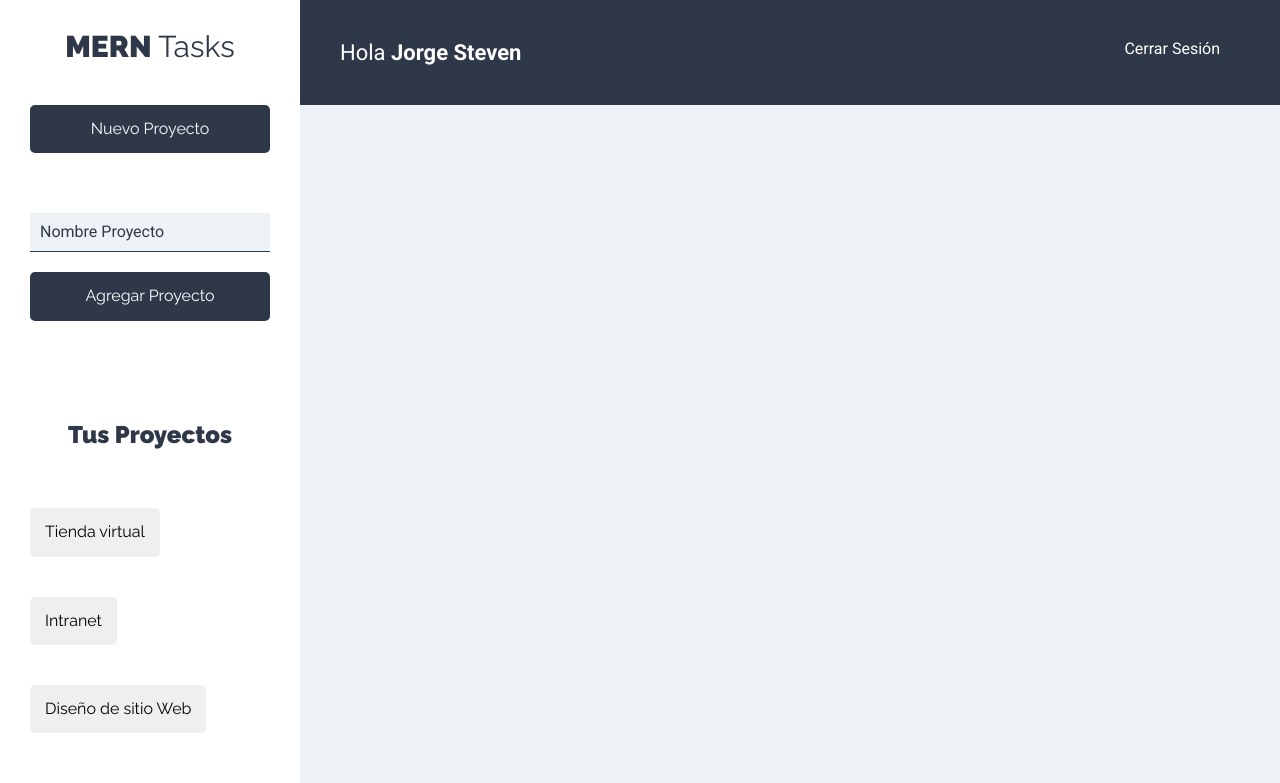
Repository: tive02/MERNTask-cliente
Page: /proyectos
These files come from the project's save history. The page is drawn as it stood at one moment and after the next save; the edit follows.
The browser window is 1280 px wide. The pictures show the whole page.
The project was rebuilt for these pictures with package versions that can differ from the ones it lists, and the page was loaded fresh each time. Also part of the build but not shown: src/components/auth/Login.js, src/components/auth/NuevaCuenta.js.

Above is the page before, as saved 2021-03-19 23:22:56.

### public/index.html
<!DOCTYPE html>
<html lang="en">
  <head>
    <meta charset="utf-8" />
    <link rel="icon" href="%PUBLIC_URL%/favicon.ico" />
    <meta name="viewport" content="width=device-width, initial-scale=1" />
    <meta name="theme-color" content="#000000" />
    <meta
      name="description"
      content="Web site created using create-react-app"
    />
    <link rel="apple-touch-icon" href="logo192.png" />

    <link rel="manifest" href="%PUBLIC_URL%/manifest.json" />
    <link
      rel="stylesheet"
      href="https://cdnjs.cloudflare.com/ajax/libs/normalize/8.0.1/normalize.min.css"
    />
    <link
      href="https://fonts.googleapis.com/css?family=Raleway:400,900|Roboto:300,400,700&display=swap"
      rel="stylesheet"
    />
    <title>MERNTasks</title>
  </head>
  <body>
    <noscript>You need to enable JavaScript to run this app.</noscript>
    <div id="root"></div>
  </body>
</html>

### src/index.css
:root {
  --blanco: #ffffff;
  --gris1: #edf2f6;
  --gris2: #2f3848;
  --gris3: #1a202d;
  --negro: #000000;
  --headingFont: "Raleway", sans-serif;
  --textFont: "Roboto", sans-serif;
}
*,
*:before,
*:after {
  box-sizing: inherit;
}
html {
  box-sizing: border-box;
  height: 100%;
  font-size: 62.5%;
}
body {
  min-height: 100%;
  background-color: var(--gris1);
  font-size: 16px;
  font-size: 1.6rem;
  font-family: var(--textFont);
}

h1,
h2 {
  font-family: var(--headingFont);
  font-weight: 900;
  margin: 0 0 4rem 0;
  text-align: center;
  color: var(--gris2);
}
h1 span {
  font-weight: 400;
}
h1 {
  font-size: 3rem;
}
h2 {
  font-size: 2.4rem;
}
ul {
  list-style: none;
  padding: 0;
  margin: 0;
}
a {
  text-decoration: none;
  color: var(--gris2);
}

/** BOTONES **/
.btn {
  margin-top: 2rem;
  font-family: var(--headingFont);
  padding: 1.5rem;
  font-size: 1.4;
  font-weight: 400;
  border-radius: 0.5rem;
  border: none;
  transition: background-color 0.3s ease;
}
.btn:hover {
  cursor: pointer;
}
.btn-primario {
  background-color: var(--gris2);
  color: var(--blanco);
}
.btn-primario:hover {
  background: var(--gris3);
}
.btn-secundario {
  background-color: var(--gris1);
}
.btn-block {
  display: block;
  width: 100%;
}
.btn-submit:hover {
  background-color: var(--gris2);
}
.btn-blank {
  margin: 0;
  padding: 0;
  display: block;
  background-color: transparent;
}

@media (min-width: 768px) {
  .contenedor-app {
    display: flex;
    min-height: 100vh;
  }

  aside {
    background-color: var(--blanco);
    flex: 0 0 300px;
  }
  .seccion-principal {
    flex: 1;
  }
}

/* BARRA LATERAL */
aside {
  padding: 3rem;
}

.formulario-nuevo-proyecto {
  margin-top: 6rem;
}
.formulario-nuevo-proyecto .input-text {
  border-bottom: 1px solid var(--gris2);
  border-radius: 0;
  background-color: var(--gris1);
}
.formulario-nuevo-proyecto .input-text::placeholder {
  color: var(--gris2);
}
.proyectos {
  margin-top: 10rem;
}
.listado-proyectos li {
  margin-bottom: 2rem;
}
.listado-proyectos li a {
  font-size: 1.4rem;
  color: var(--gris2);
  line-height: 1.5;
  font-weight: 300;
}
.app-header {
  display: flex;
  justify-content: space-between;
  background-color: var(--gris2);
  padding: 4rem;
}
.nombre-usuario {
  color: var(--blanco);
  font-size: 2.2rem;
  margin: 0;
}
.nombre-usuario span {
  font-weight: 900;
}
.nav-principal a {
  color: var(--blanco);
  text-decoration: none;
}
.nav-principal a:first-of-type {
  margin-right: 2rem;
}

/** Formulario crear y editar tareas **/
.formulario {
  background-color: var(--gris3);
  padding: 4rem;
}
.formulario form {
  max-width: 600px;
  margin: 0 auto;
}
.contenedor-input {
  display: flex;
}
.contenedor-input label {
  margin-bottom: 1rem;
  color: var(--blanco);
}
.input-text {
  padding: 1rem;
  border: none;
  border-radius: 0.5rem;
  flex: 1;
  width: 100%;
}

/** TAREAS LISTADO **/
.contenedor-tareas {
  padding: 4rem;
}

.listado-tareas {
  max-width: 600px;
  margin: 0 auto;
}

.tarea {
  display: flex;
  justify-content: space-between;
  background-color: var(--blanco);
  padding: 0.5rem 2rem;
  align-items: center;
  margin-bottom: 1rem;
  border-radius: 0.5rem;
}
.sombra {
  -webkit-box-shadow: 0px 4px 10px -3px rgba(117, 117, 117, 1);
  -moz-box-shadow: 0px 4px 10px -3px rgba(117, 117, 117, 1);
  box-shadow: 0px 4px 10px -3px rgba(117, 117, 117, 1);
}
.sombra-dark {
  -webkit-box-shadow: 0px 6px 11px -8px rgba(0, 0, 0, 0.9);
  -moz-box-shadow: 0px 6px 11px -8px rgba(0, 0, 0, 0.9);
  box-shadow: 0px 6px 11px -8px rgba(0, 0, 0, 0.9);
}
.tarea .acciones .btn:first-of-type {
  margin-right: 1rem;
}
.tarea p {
  font-size: 1.6rem;
  flex: 1;
  padding-right: 2rem;
}
.tarea .btn {
  padding: 0.8rem;
  font-size: 1.4rem;
  border-radius: 0;
  margin: 0;
}

.estado {
  margin-right: 1rem;
}
.estado button,
.mensaje {
  font-weight: 900;
  font-family: var(--textFont);
  font-size: 1rem;
  padding: 0.5rem;
  border-radius: 0.5rem;
  cursor: pointer;
  border: none;
}
.mensaje {
  text-align: center;
  font-size: 1.6rem;
  border-radius: 0;
}
.mensaje:hover {
  cursor: default;
}
.completo,
.correcto {
  background-color: rgba(154, 252, 154, 0.3);
  color: var(--gris3);
}
.incompleto {
  background-color: rgba(255, 178, 178, 0.4);
  color: var(--gris3);
}
.error {
  max-width: 600px;
  margin: 2rem auto 0 auto;
  background-color: rgb(170, 0, 0);
  color: var(--blanco);
}

.tarea-enter,
.proyecto-enter {
  opacity: 0;
}
.tarea-enter-active,
.proyecto-enter-active {
  opacity: 1;
  transition: opacity 200ms;
}
.tarea-exit,
.proyecto-exit {
  opacity: 1;
}
.tarea-exit-active,
.proyecto-exit-active {
  opacity: 0;
  transition: opacity 200ms;
}

.form-usuario {
  background-color: var(--gris2);
  height: 100vh;
  min-height: 800px;
  display: flex;
  align-items: center;
  justify-content: center;
}

.contenedor-form {
  padding: 5rem 3rem;
  max-width: 500px;
  width: 95%;
  background-color: var(--blanco);
  border-radius: 1rem;
}

.campo-form {
  display: flex;
  margin-bottom: 2rem;
  align-items: center;
}
.campo-form:last-of-type {
  margin: 0;
}
.campo-form label {
  flex: 0 0 100px;
  font-family: var(--textFont);
}
.campo-form input[type="password"],
.campo-form input[type="email"],
.campo-form input[type="text"] {
  border: 1px solid #e1e1e1;
  padding: 1rem;
  flex: 1;
}

.enlace-cuenta {
  margin-top: 2rem;
  display: block;
  opacity: 0.7;
}

### src/App.js
import React from "react";
import { BrowserRouter as Router, Switch, Route } from "react-router-dom";
import Login from "./components/auth/Login";
import NuevaCuenta from "./components/auth/NuevaCuenta";
import Proyectos from "./components/proyectos/Proyectos";

function App() {
  return (
    <Router>
      <Switch>
        <Route exact path="/" component={Login} />
        <Route exact path="/nueva-cuenta" component={NuevaCuenta} />
        <Route exact path="/proyectos" component={Proyectos} />
      </Switch>
    </Router>
  );
}

export default App;

### src/components/proyectos/Proyectos.js
import React from "react";
import Barra from "../layout/Barra";
import Sidebar from "../layout/Sidebar";
const Proyectos = () => {
  return (
    <div className="contenedor-app">
      <Sidebar />

      <div className="seccion-principal">
        <Barra />
        <main>
          <div className="contenedor-tareas"></div>
        </main>
      </div>
    </div>
  );
};

export default Proyectos;

### src/components/layout/Barra.js
import React from "react";
const Barra = () => {
  return (
    <header className="app-header">
      <p className="nombre-usuario">
        Hola <span>Jorge Steven</span>
      </p>
      <nav className="nav-principal">
        <a href="#!">Cerrar Sesión</a>
      </nav>
    </header>
  );
};

export default Barra;

### src/components/layout/Sidebar.js
import React from "react";
import ListadoProyectos from "../proyectos/ListadoProyectos";
import NuevoProyecto from "../proyectos/NuevoProyecto";

const Sidebar = () => {
  return (
    <aside>
      <h1>
        MERN <span>Tasks</span>
      </h1>
      <NuevoProyecto />
      <div className="proyectos">
        <h2>Tus Proyectos</h2>
        <ListadoProyectos />
      </div>
    </aside>
  );
};

export default Sidebar;

### src/components/proyectos/ListadoProyectos.js
import React from "react";
import Proyecto from "./Proyecto";

const ListadoProyectos = () => {
  const proyectos = [
    { nombre: "Tienda virtual" },
    { nombre: "Intranet" },
    { nombre: "Diseño de sitio Web" },
  ];
  return (
    <ul className="listado-proyectos">
      {proyectos.map((proyecto) => (
        <Proyecto proyecto={proyecto} />
      ))}
    </ul>
  );
};

export default ListadoProyectos;

### src/components/proyectos/NuevoProyecto.js
import React, { Fragment, useState } from "react";

const NuevoProyecto = () => {
  //State para el proyecto
  const [proyecto, guardarProyecto] = useState({
    nombre: "",
  });

  // Extraer nombre del proyecto
  const { nombre } = proyecto;

  //Lee el contenido del input
  const onChangeProyecto = (e) => {
    guardarProyecto({
      ...proyecto,
      [e.target.name]: e.target.value,
    });
  };
  //cuando el usuario envia el proyecto
  const onSubmitProyecto = (e) => {
    e.preventDefault();
    //Validar el proyecto

    //Agregar al State

    //Reiniciar el form
  };
  return (
    <Fragment>
      <button className="btn btn-block btn-primario" type="button">
        Nuevo Proyecto
      </button>
      <form className="formulario-nuevo-proyecto" onSubmit={onSubmitProyecto}>
        <input
          type="text"
          className="input-text"
          placeholder="Nombre Proyecto"
          name="nombre"
          onChange={onChangeProyecto}
          value={nombre}
        />
        <input
          type="submit"
          className="btn btn-block btn-primario"
          value="Agregar Proyecto"
        />
      </form>
    </Fragment>
  );
};

export default NuevoProyecto;

### src/components/proyectos/Proyecto.js
import React from "react";

const Proyecto = ({ proyecto }) => {
  return (
    <li>
      <button type="button" className="btn btn-black">
        {proyecto.nombre}
      </button>
    </li>
  );
};

export default Proyecto;

### src/components/tareas/FormTarea.js
import React from "react";

const FormTarea = () => {
  return (
    <div className="formulario">
      <form>
        <div className="contenedor-input">
          <input
            type="text"
            className="input-text"
            placeholder="Nombre Tarea..."
            name="nombre"
          />
        </div>
        <div className="contenedor-input">
          <input
            type="submit"
            className="btn btn-primario btn-block btn-submit"
            value="Agregar Tarea"
          />
        </div>
      </form>
    </div>
  );
};

export default FormTarea;

Loaded but not shown: src/index.js (common file); src/reportWebVitals.js (common file)

After the next save:
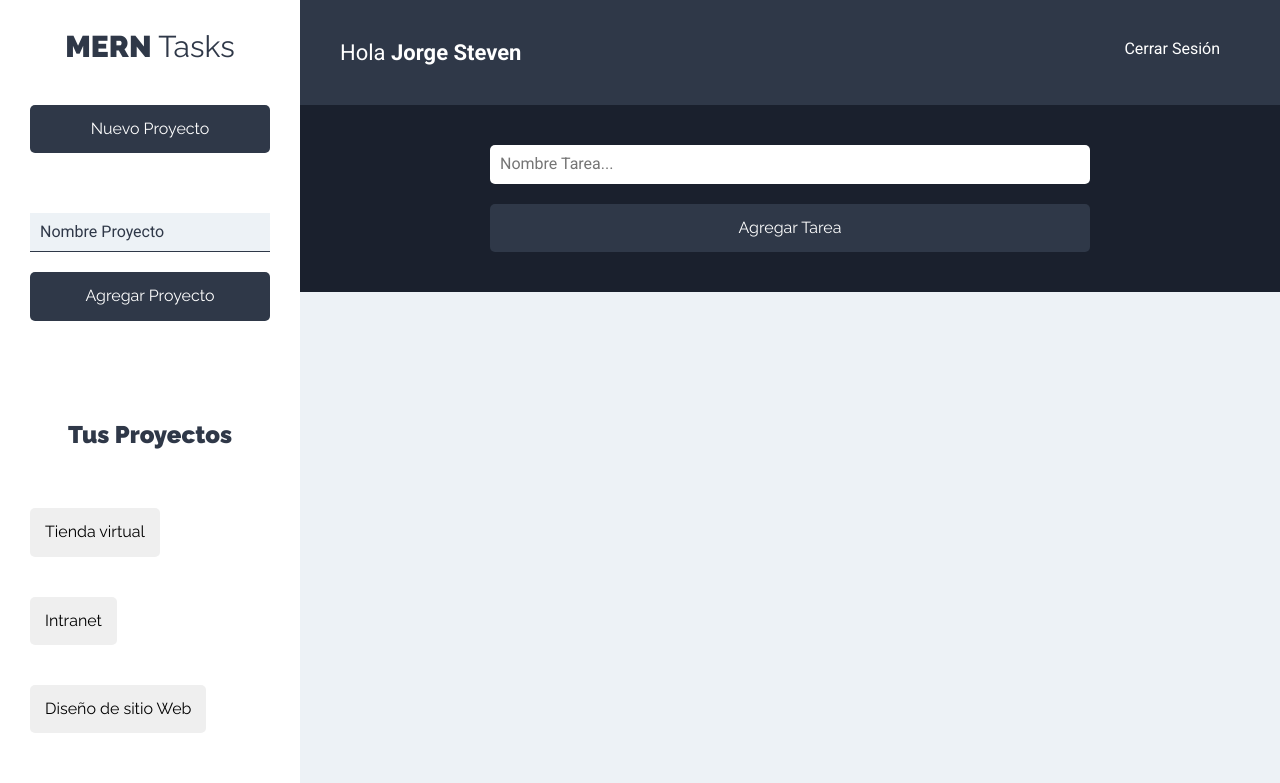
Saved 51 s later.
--- a/src/components/proyectos/Proyectos.js
+++ b/src/components/proyectos/Proyectos.js
@@ -1,6 +1,7 @@
 import React from "react";
 import Barra from "../layout/Barra";
 import Sidebar from "../layout/Sidebar";
+import FormTarea from "../tareas/FormTarea";
 const Proyectos = () => {
   return (
     <div className="contenedor-app">
@@ -9,6 +10,7 @@ const Proyectos = () => {
       <div className="seccion-principal">
         <Barra />
         <main>
+          <FormTarea />
           <div className="contenedor-tareas"></div>
         </main>
       </div>
